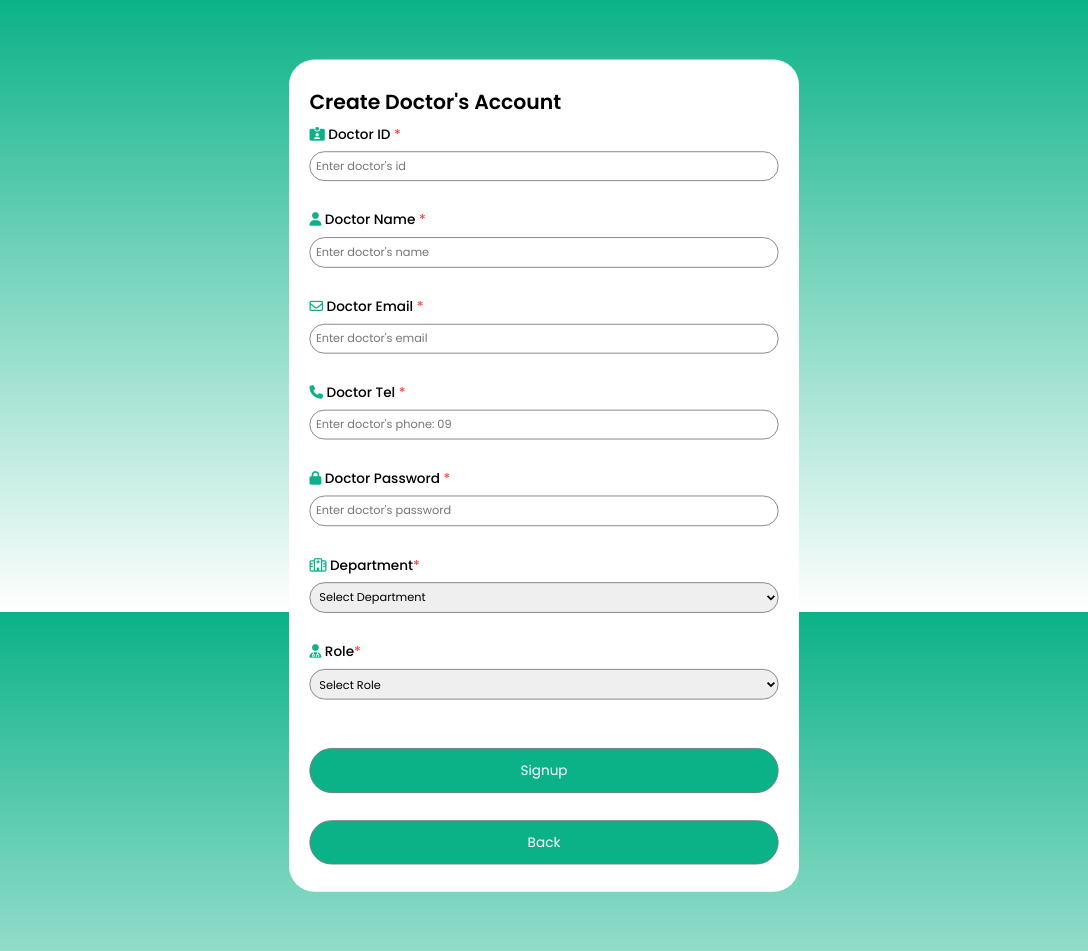
Repository: theonlymono/FitfinityHealthcareWebsiteJ2EE
Page: http://localhost/Fitfinity/drSignUp.jsp
These files come from the project's save history. The page is drawn as it stood at one moment and after the next save; the edit follows.
The browser window is 1280 px wide. The pictures show the whole page, at 85% of full size.
Backgrounds fixed to the window are drawn as part of the page. The page is served by Tomcat 9. Other server files are loaded and not shown.

Above is the page before, as saved 2024-02-27 17:26:15.

### fitfinity/Fitfinity/WebContent/drSignUp.jsp
<!DOCTYPE html>
<html>
<head>
    <title>Form Validation</title>
    <meta name="viewport" content="width=device-width, initial-scale=1" />
    <link rel="icon" href="./image/logo.png">
    <link rel="stylesheet" href="https://cdnjs.cloudflare.com/ajax/libs/font-awesome/6.5.1/css/all.min.css">

    <!-- Google Fonts -->
    <link href="https://fonts.googleapis.com/css2?family=Poppins:wght@400;500;600&display=swap" rel="stylesheet" />
    <style>
        * {
            padding: 0;
            margin: 0;
            box-sizing: border-box;
            font-family: "Poppins", sans-serif;
        }

        body {
            background: rgb(53,117,254);
            background: linear-gradient(180deg, #0bb288 0%, #0bb288 0%, white 100%);
            background-size: cover;
            background-position: center;
            background-attachment: fixed;
            background-repeat: no-repeat;
            background-size: cover;
        }

        .container {
            width: 90vw;
            max-width: 600px;
            padding: 2em 1.5em;
            background-color: #ffffff;
            margin: 70px auto;
            border-radius: 30px;
        }

        h4 {
            font-size: 1.5em;
        }

        .input-section {
            margin: 0.5em 0;
        }

        label, .error-message {
            display: block;
            font-size: 1em;
        }

        label {
            margin-bottom: 0.5em;
            font-weight: 500;
        }

        .error-message {
            margin-top: 0.2em;
            color: red;
        }

        input, select, button {
            display: block;
            outline: none;
            border: 1px solid #75777d;
            width: 100%;
            padding: 0.5em;
            border-radius: 30px;
        }

        input[type="radio"] {
            width: fit-content;
        }

        button {
            font-size: 1em;
            background-color: #0bb288;
            border: 1px solid #75777d;
            color: #ffffff;
            padding: 0.8em 0;
            margin-top: 2em;
        }

        .required-color {
            color: #ff4747;
        }

        .error {
            border-color: #ff4747;
        }

        .valid {
            border-color: #37a137;
        }

        .hide {
            display: none;
        }

        @media only screen and (max-width: 450px) {
            .container {
                font-size: 14px;
            }
        }
    </style>
</head>
<body>
<div class="container">
    <form action="${pageContext.request.contextPath}/AddDoctor" method="post">
        <h4>Create Doctor's Account</h4>

        <!-- Doctor ID -->
        <div class="input-section">
            <label>
                <i class="fa-solid fa-id-card-clip" style="color: #0bb288;"></i> Doctor ID <span class="required-color">*</span>
            </label>
            <input type="text" placeholder="Enter doctor's id" name="doctorID" id="doctorID" value="${param.doctorID}" required/>
            <% String error1 = (String) request.getAttribute("message1");
            if(error1!=null)
            {
            %>
            <span class="error-message"> <%= error1 %>  </span> <br>
            <% } else { %>
            <br>
            <% } %>
        </div>

        <!-- Doctor Name -->
        <div class="input-section">
            <label>
                <i class="fa-solid fa-user" style="color: #0bb288;"></i> Doctor Name <span class="required-color">*</span>
            </label>
            <input type="text" placeholder="Enter doctor's name" name="doctorName" id="doctorName" value="${param.doctorName}" required/>
            <% String error2 = (String) request.getAttribute("message2");
            if(error2!=null)
            {
            %>
            <span class="error-message"> <%= error2 %>  </span> <br>
            <% } else { %>
            <br>
            <% } %>
        </div>

        <!-- Doctor Email -->
        <div class="input-section">
            <label>
                <i class="fa-regular fa-envelope" style="color: #0bb288;"></i> Doctor Email <span class="required-color">*</span>
            </label>
            <input type="text" name="doctorEmail" id="doctorEmail" value="${param.doctorEmail}" placeholder="Enter doctor's email" required>
            <% String error3 = (String) request.getAttribute("message3");
            if(error3!=null)
            {
            %>
            <span class="error-message"> <%= error3 %>  </span> <br>
            <% } else { %>
            <br>
            <% } %>
        </div>

        <!-- Doctor Tel -->
        <div class="input-section">
            <label>
                <i class="fa-solid fa-phone" style="color: #0bb288;"></i> Doctor Tel <span class="required-color">*</span>
            </label>
            <input type="text" name="doctorTel" id="doctorTel" placeholder="Enter doctor's phone: 09" value="${param.doctorTel}" required>
            <% String error4 = (String) request.getAttribute("message4");
            if(error4!=null)
            {
            %>
            <span class="error-message"> <%= error4 %>  </span> <br>
            <% } else { %>
            <br>
            <% } %>
        </div>

        <!-- Doctor Password -->
        <div class="input-section">
            <label>
                <i class="fa-solid fa-lock" style="color: #0bb288;"></i> Doctor Password <span class="required-color">*</span>
            </label>
            <input type="password" placeholder="Enter doctor's password" name="doctorPwd" id="doctorPwd" value="${param.doctorPwd}" required/>
            <% String error5 = (String) request.getAttribute("message5");
            if(error5!=null)
            {
            %>
            <span class="error-message"> <%= error5 %>  </span> <br>
            <% } else { %>
            <br>
            <% } %>
        </div>

        <!-- Department -->
        <div class="input-section">
            <label>
                <i class="fa-regular fa-hospital" style="color: #0bb288;"></i> Department<span class="required-color">*</span>
            </label>
            <select name="deptID" id="deptID" required>
                <option value="">Select Department</option>
                <option value="D-1">Cardiology</option>
                <option value="D-2">Dermatology</option>
                <option value="D-3">Otolaryngology</option>
                <option value="D-4">Emergency</option>
                <option value="D-5">Orthopaedic</option>
                <option value="D-6">Neurology</option>
                <option value="D-7">Obstetrics & Gynaecology</option>
            </select>
            <% String error6 = (String) request.getAttribute("message6");
            if(error6!=null)
            {
            %>
            <span class="error-message"> <%= error6 %>  </span> <br>
            <% } else { %>
            <br>
            <% } %>
        </div>

        <!-- Role -->
        <div class="input-section">
            <label>
                <i class="fa-solid fa-user-doctor" style="color: #0bb288;"></i> Role<span class="required-color">*</span>
            </label>
            <select name="roleID" id="roleID" required>
                <option value="">Select Role</option>
                <option value="R-1">Professor</option>
                <option value="R-2">Assistant Professor</option>
                <option value="R-3">Fellow</option>
            </select>
            <% String error8 = (String) request.getAttribute("message8");
            if(error8!=null)
            {
            %>
            <span class="error-message"> <%= error8 %>  </span> <br>
            <% } else { %>
            <br>
            <% } %>
        </div>

        <!-- Submit Button -->
        <button id="submit-button" class="btn btn-success" data-bs-toggle="modal" data-bs-target="#exampleModal" style="background-color: #0bb288"> Signup </button>
        <button style="background-color: #0bb288">
            <a style="padding-left: 45%; padding-right: 45%; padding-top: 2%; padding-bottom: 2%; text-decoration: none; color: #ffffff;" href="./main.jsp"> Back </a>
        </button>
    </form>
</div>
</body>
</html>

After the next save:
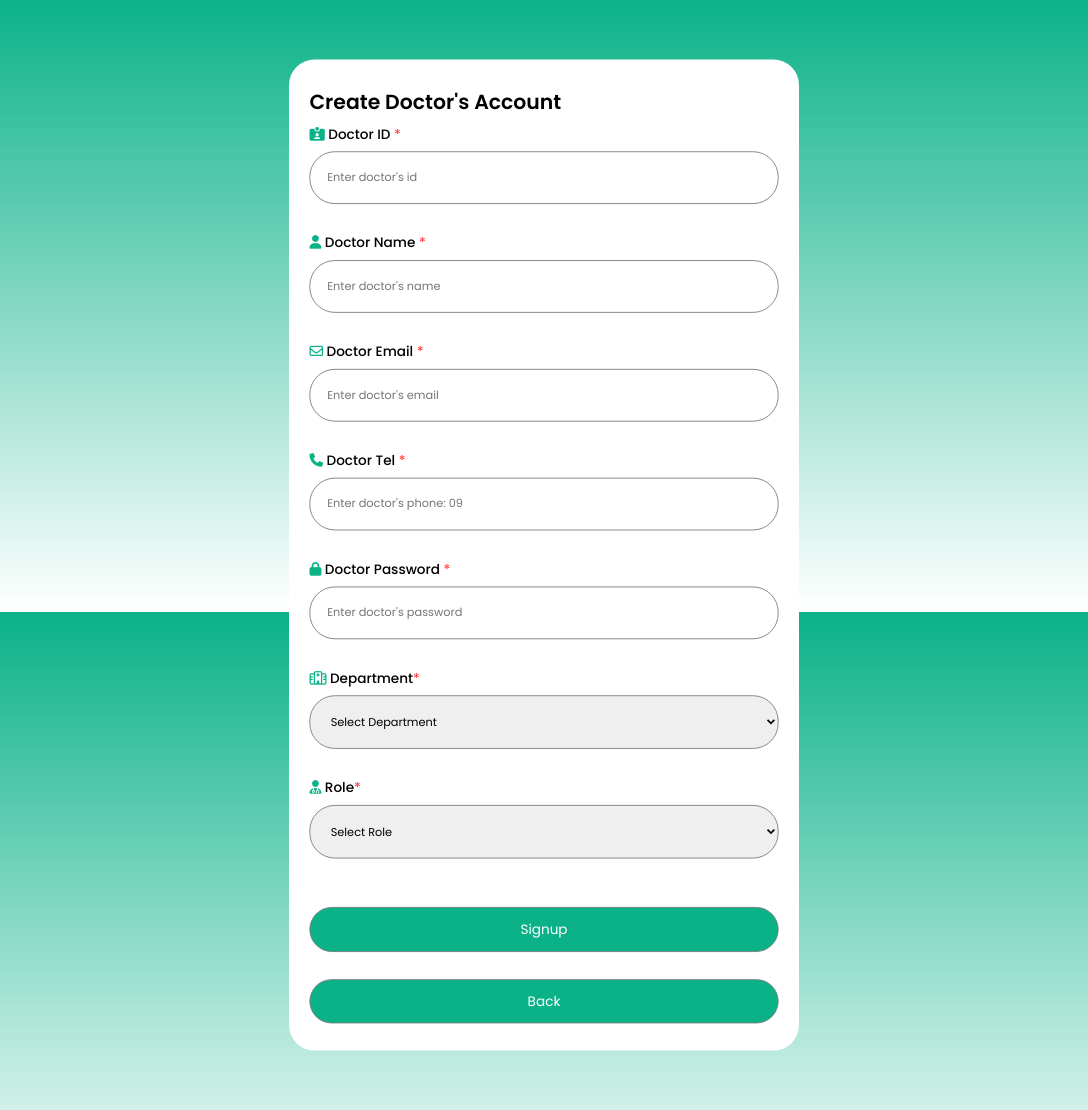
Saved 23 s later.
--- a/fitfinity/Fitfinity/WebContent/drSignUp.jsp
+++ b/fitfinity/Fitfinity/WebContent/drSignUp.jsp
@@ -63,7 +63,7 @@
             outline: none;
             border: 1px solid #75777d;
             width: 100%;
-            padding: 0.5em;
+            padding: 20px;
             border-radius: 30px;
         }
 
